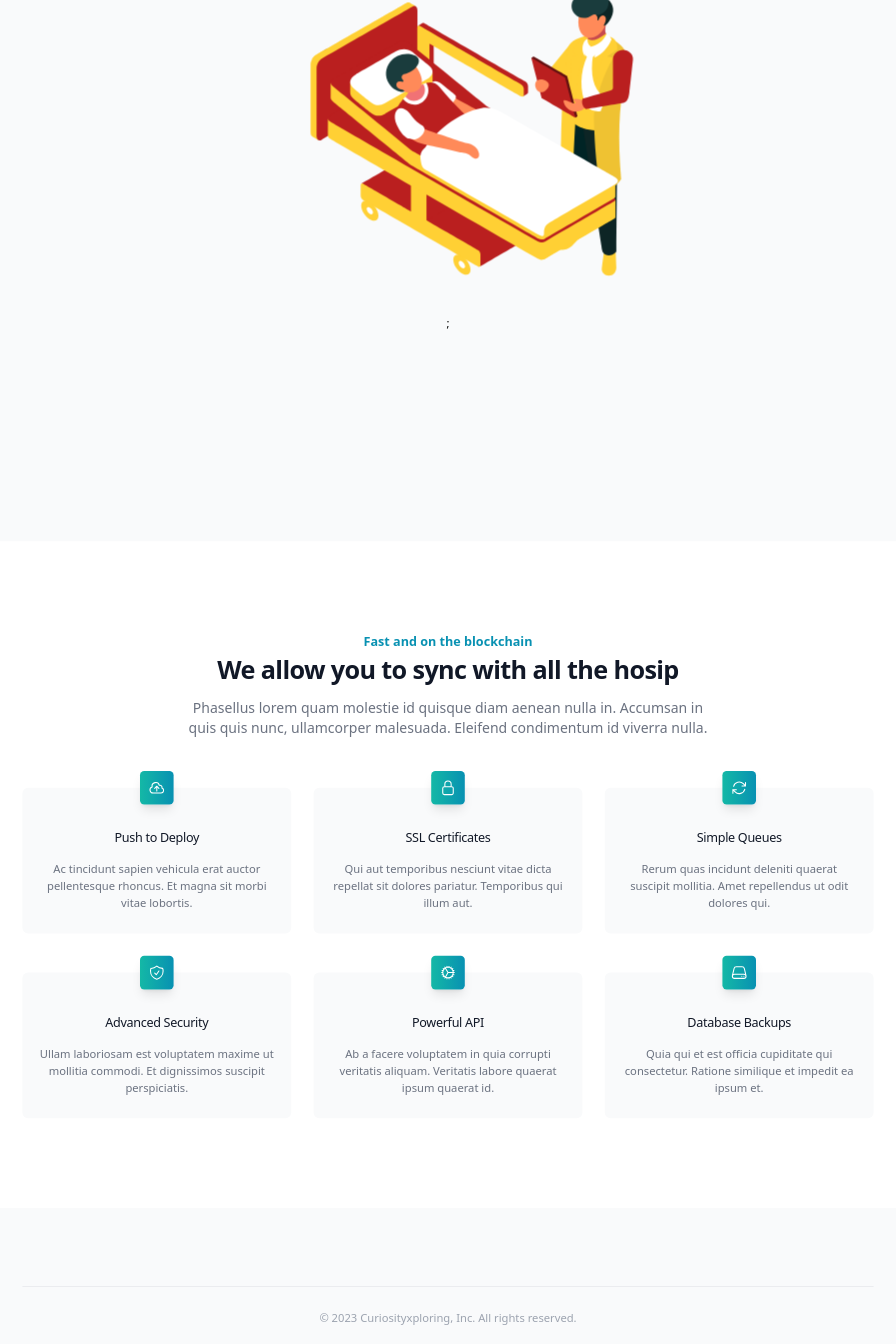
Repository: VinceBrun/medical-web3-app
Page: /
An editor plug-in stored every save of this project. The page is shown before and after the next save, followed by the edit.
The browser window is 1280 px wide. The pictures show the part of the page from y = 1469 to 3389 px (the page is 3395 px tall), at 70% of full size.
The project was rebuilt for these pictures with package versions that can differ from the ones it lists, and the page was loaded fresh each time. The framework's server and built-in components were replaced by stand-ins that run in the browser. Also part of the build but not shown: next.config.js, styles/Home.module.css.

Above is the page before, as saved 2023-01-16 17:38:24.

After the next save:
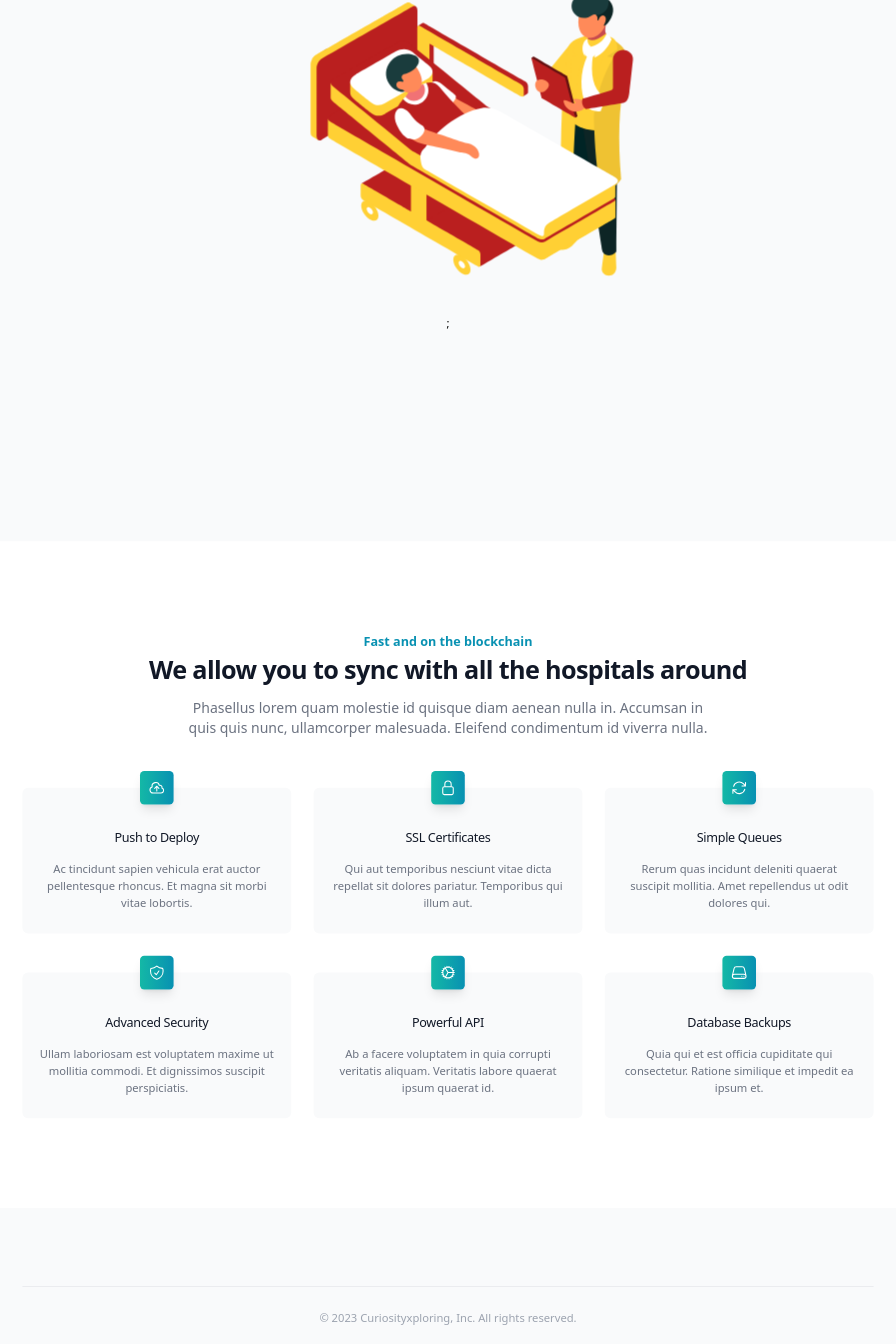
Saved 8 s later.
--- a/components/Landing.jsx
+++ b/components/Landing.jsx
@@ -421,7 +421,7 @@ export default function Landing() {
                 Fast and on the blockchain
               </h2>
               <p className="mt-2 text-3xl font-bold tracking-tight text-gray-900 sm:text-4xl">
-                We allow you to sync with all the hosip
+                We allow you to sync with all the hospitals around
               </p>
               <p className="mx-auto mt-5 max-w-prose text-xl text-gray-500">
                 Phasellus lorem quam molestie id quisque diam aenean nulla in.
